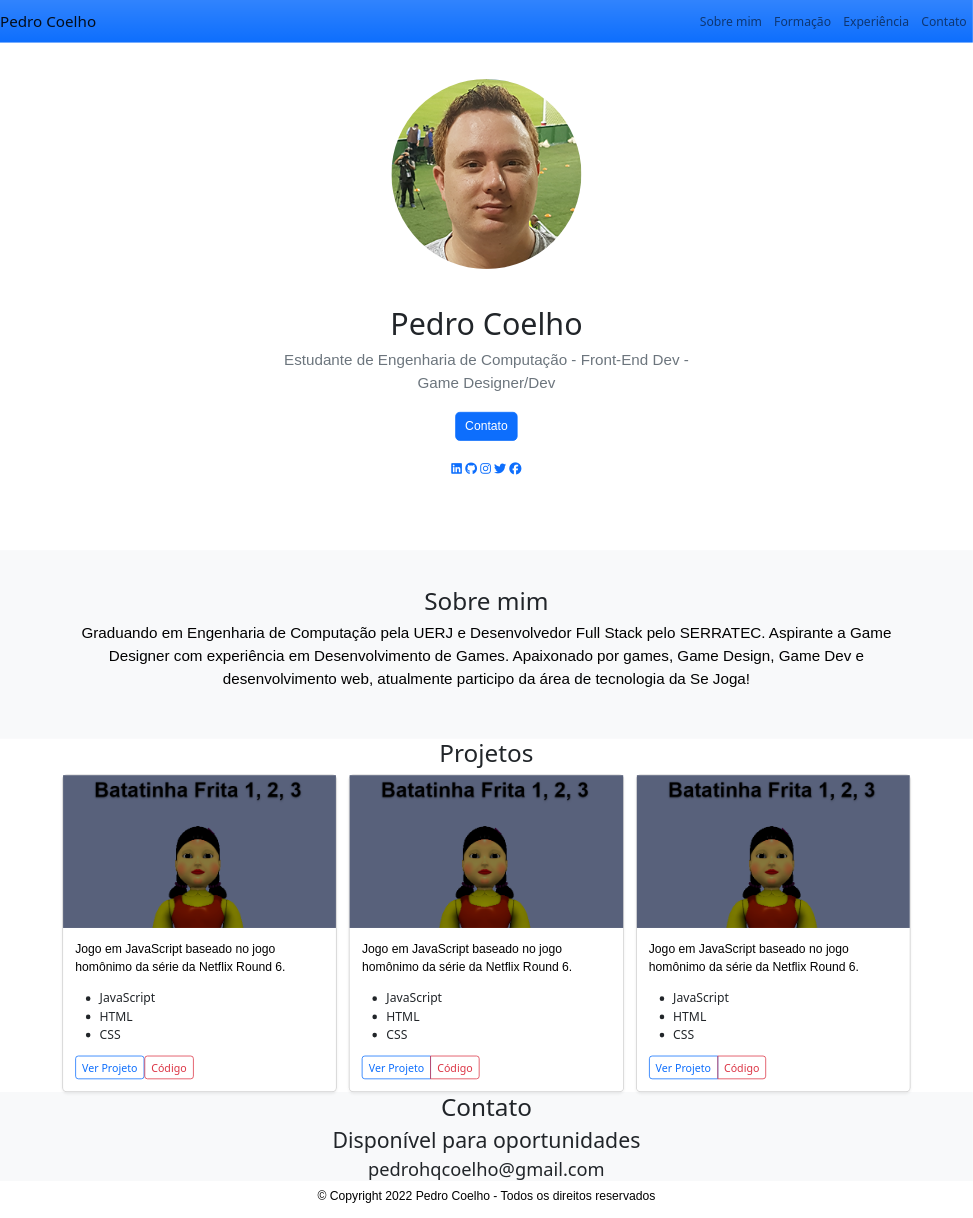
Repository: PedroHQCoelho/portfolio
Page: index.html
The author's editor kept a copy of each file at every save. The page is drawn from the files as they stood at one save, then again after the next save.
The browser window is 1280 px wide. The pictures show the whole page, at 76% of full size.
Some web libraries are served in a nearby version.

Above is the page before, as saved 2022-05-26 19:07:37.

After the next save:
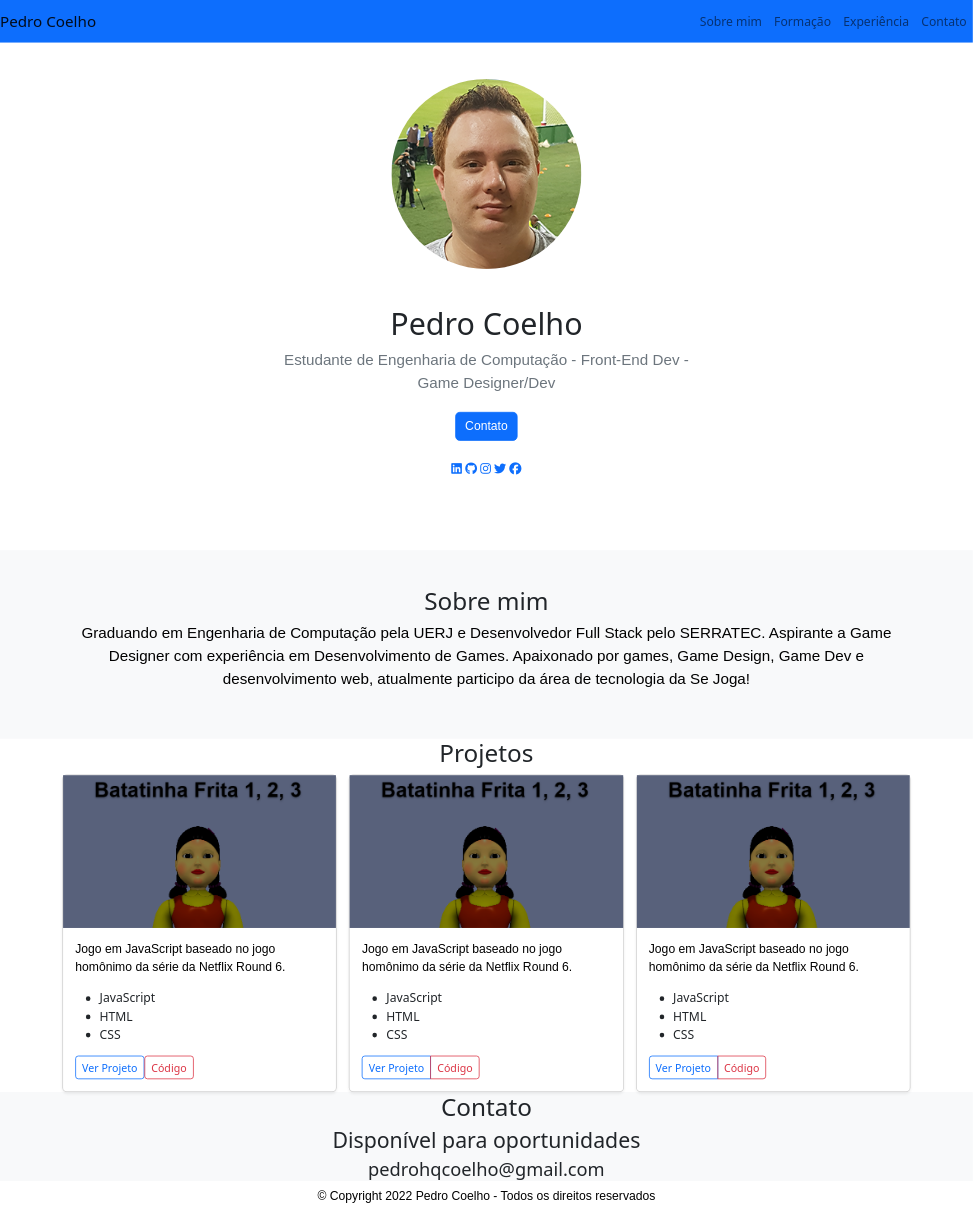
Saved 16 s later.
--- a/index.html
+++ b/index.html
@@ -13,7 +13,7 @@
     <link rel="stylesheet" href="style.css">
 </head>
 <body>
-    <nav class="navbar navbar-expand-lg navbar-light bg-primary bg-gradient text-white">
+    <nav class="navbar navbar-expand-lg navbar-light bg-primary text-white">
         <a class="navbar-brand" href="#">Pedro Coelho</a>
         <button class="navbar-toggler" type="button" data-toggle="collapse" data-target="#navbarSupportedContent" aria-controls="navbarSupportedContent" aria-expanded="false" aria-label="Toggle navigation">
           <span class="navbar-toggler-icon"></span>

After the 4 saves that followed:
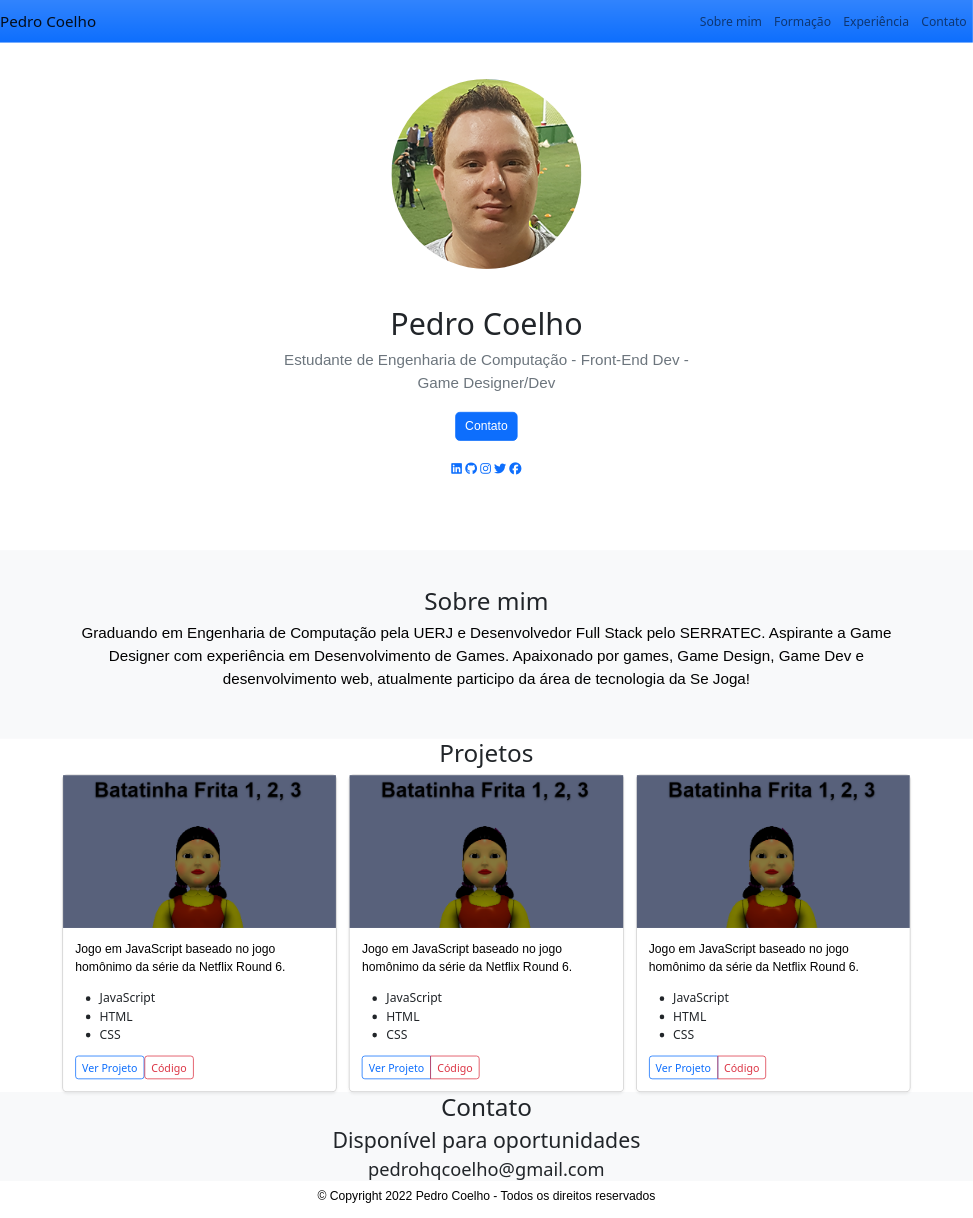
The 4 saves are shown as one change because 3 left the picture as it was.
The last was saved 68 s later.
--- a/index.html
+++ b/index.html
@@ -13,7 +13,7 @@
     <link rel="stylesheet" href="style.css">
 </head>
 <body>
-    <nav class="navbar navbar-expand-lg navbar-light bg-primary text-white">
+    <nav class="navbar navbar-expand-lg navbar-light bg-primary bg-gradient text-white">
         <a class="navbar-brand" href="#">Pedro Coelho</a>
         <button class="navbar-toggler" type="button" data-toggle="collapse" data-target="#navbarSupportedContent" aria-controls="navbarSupportedContent" aria-expanded="false" aria-label="Toggle navigation">
           <span class="navbar-toggler-icon"></span>
@@ -140,6 +140,7 @@
                 </div>
               </div>
             </div>
+
           </div>
         </div>
 
